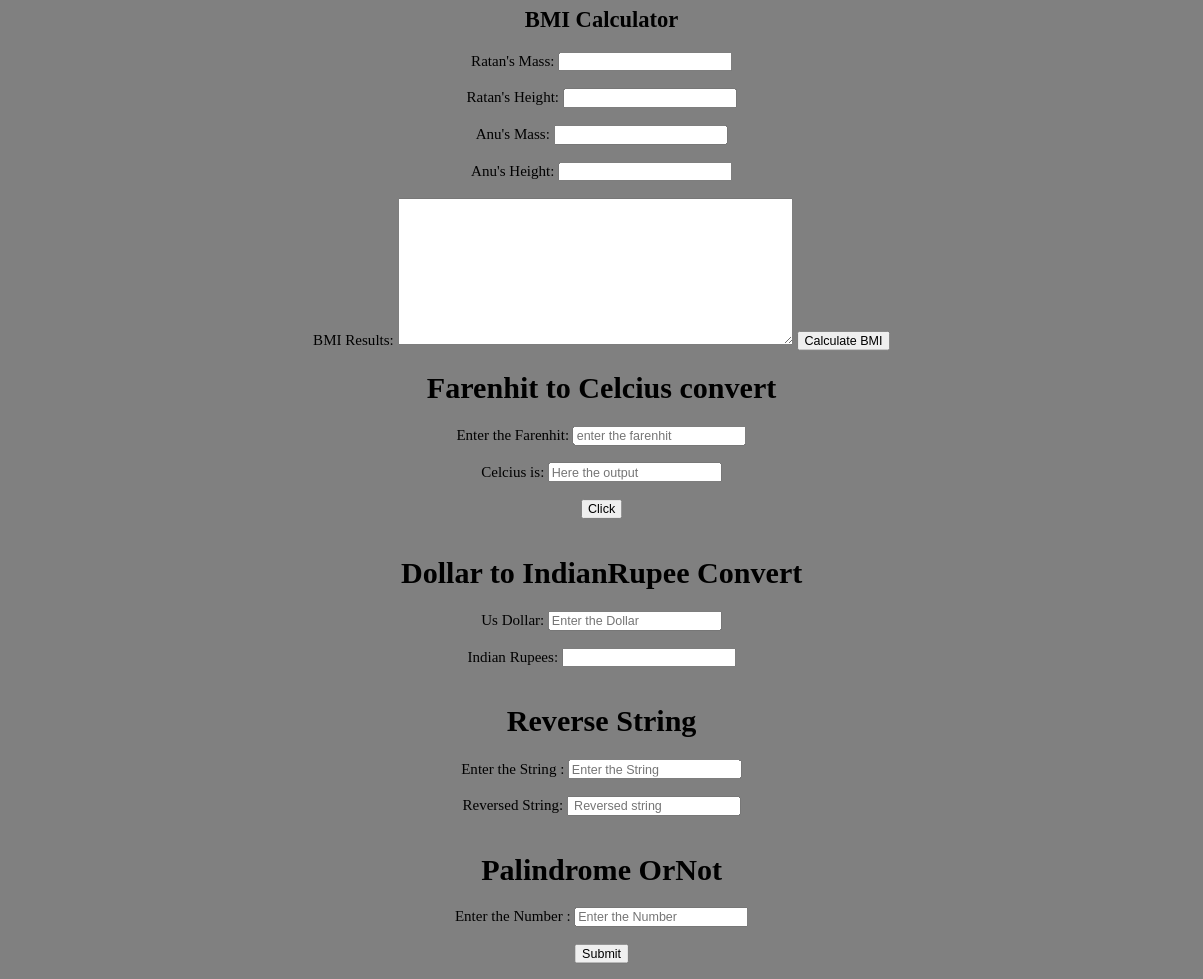
Repository: thatipallyvinod/AdvanceJava
Page: JAVASCRIPT/src/main/webapp/jsp.html
These files come from the project's save history. The page is drawn as it stood at one moment and after the next save; the edit follows.
The browser window is 1280 px wide. The pictures show the whole page, at 94% of full size.

Above is the page before, as saved 2024-03-25 08:25:36.

After the next save:
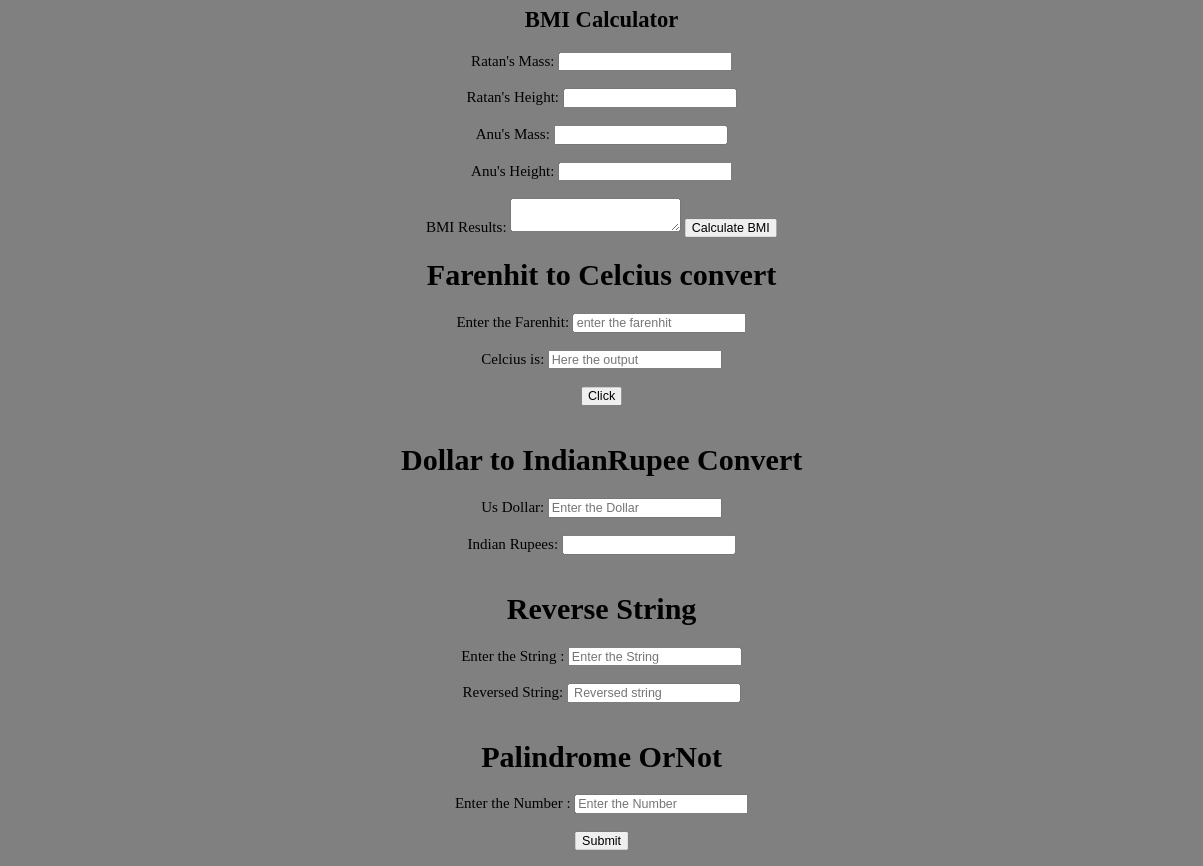
Saved 24 s later.
--- a/JAVASCRIPT/src/main/webapp/jsp.html
+++ b/JAVASCRIPT/src/main/webapp/jsp.html
@@ -19,7 +19,7 @@
     <input type="number" id="anuHeight" name="anuHeight"><br><br>
 
 <label for="bmiResults">BMI Results:</label>
-<textarea id="bmiResults" rows="10" cols="50" readonly></textarea>
+<textarea id="bmiResults"  readonly></textarea>
  <button type="button" onclick="calculateBMI()">Calculate BMI</button>
 </form>
 </body>
